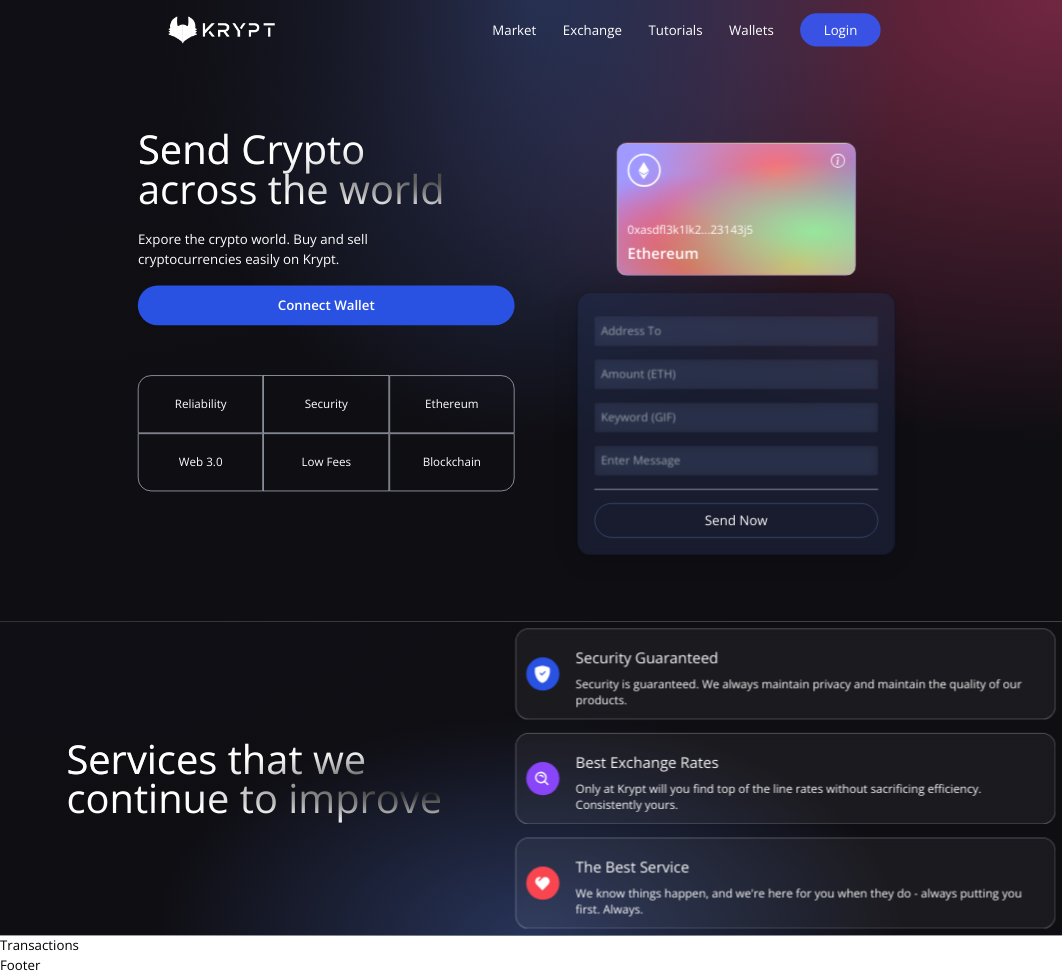
Repository: stephan-chiorean/krypt
Page: / (app in client/)
These files come from the project's save history. The page is drawn as it stood at one moment and after the next save; the edit follows.
The browser window is 1280 px wide. The pictures show the whole page, at 83% of full size.
The project was rebuilt for these pictures with package versions that can differ from the ones it lists, and the page was loaded fresh each time. Also part of the build but not shown: client/vite.config.js, client/src/components/Loader.jsx.

Above is the page before, as saved 2023-03-29 19:28:51.

After the next save:
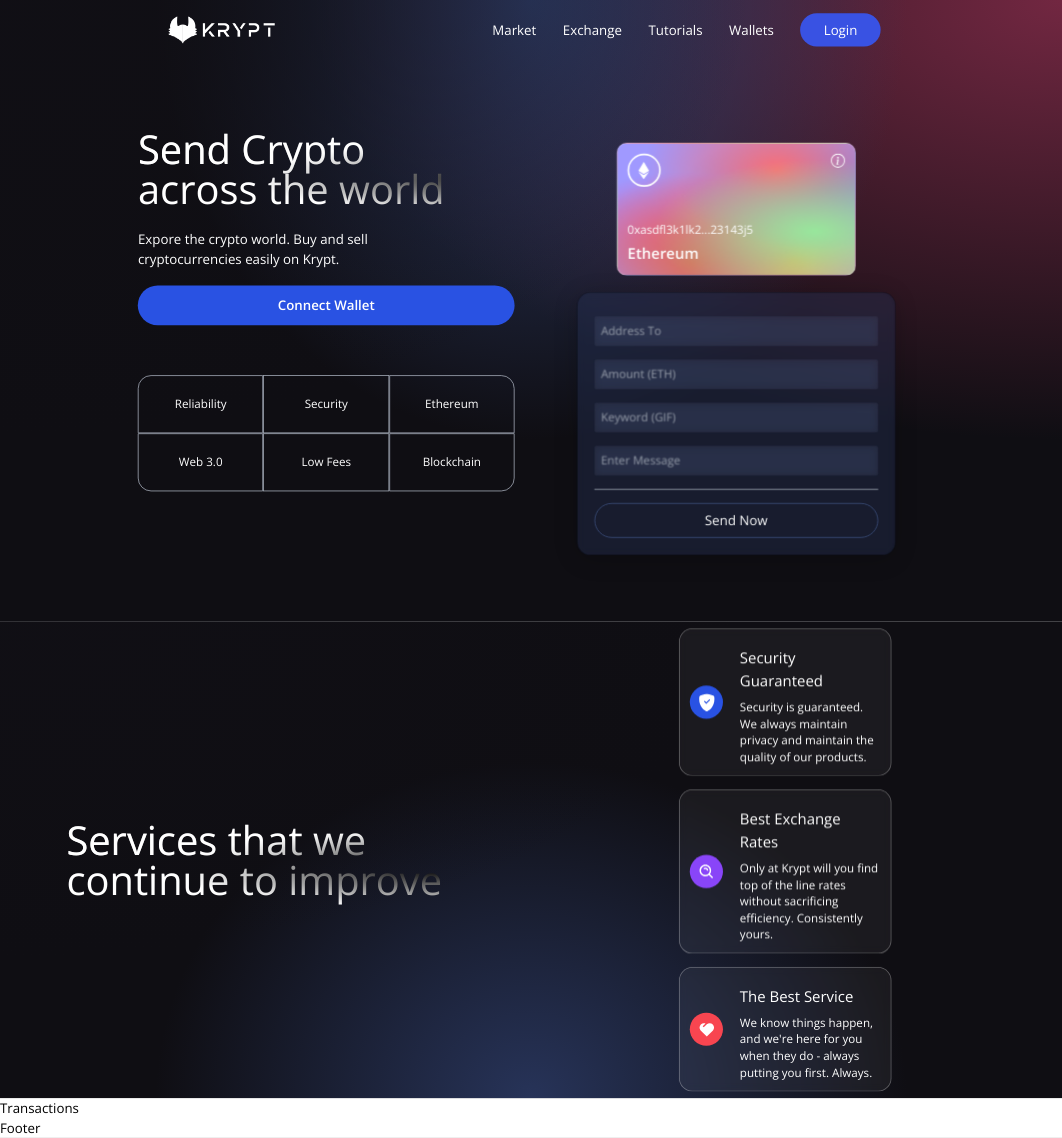
Saved 2 min 20 s later.
--- a/client/src/components/Services.jsx
+++ b/client/src/components/Services.jsx
@@ -4,7 +4,7 @@ import { BiSearchAlt } from 'react-icons/bi';
 import { RiHeart2Fill } from 'react-icons/ri';
 
 const ServiceCard = ({color, title, icon, subtitle}) => (
-  <div className='flex flex-row justify-start items-center white-glassmorphism p-3 m-2 cursor-pointer hover:shadow-xl'>
+  <div className='flex flex-row md:w-64 justify-start items-center white-glassmorphism p-3 m-2 cursor-pointer hover:shadow-xl'>
     <div className={`w-10 h-10 rounded-full flex justify-center items-center ${color}`}>
       {icon}
     </div>
